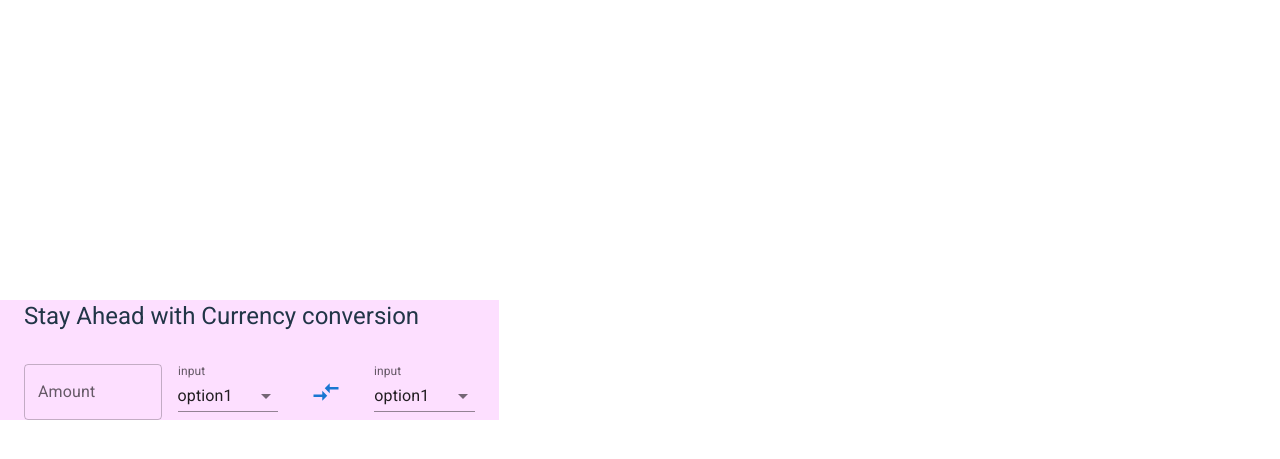
Repository: Asad-devv/CURRENCY
Page: /
An editor plug-in stored every save of this project. The page is shown before and after the next save, followed by the edit.
The browser window is 1280 px wide. The pictures show the whole page.
The project was rebuilt for these pictures with package versions that can differ from the ones it lists, and the page was loaded fresh each time. Also part of the build but not shown: craco.config.js.

Above is the page before, as saved 2023-03-02 15:20:55.

After the next save:
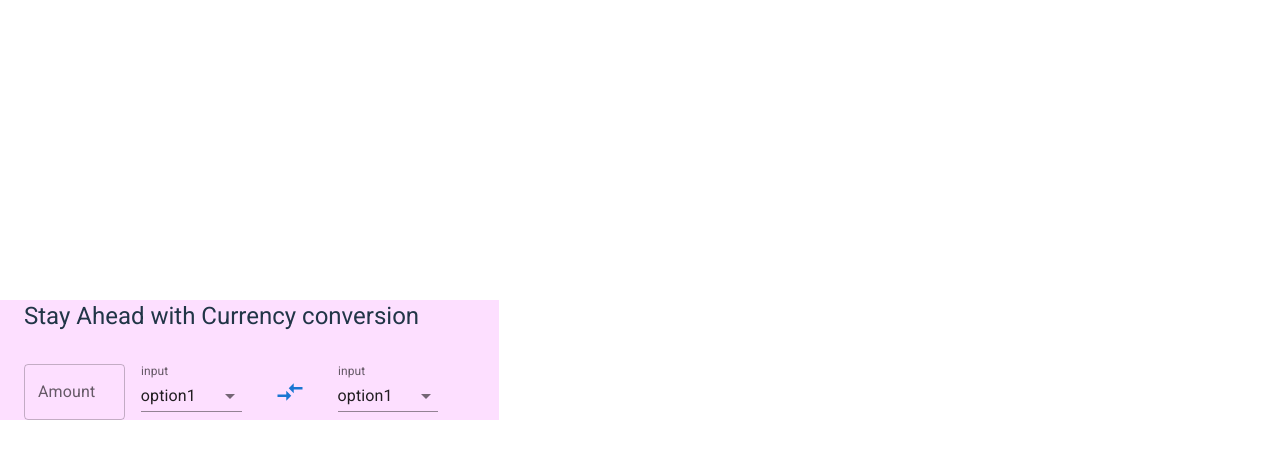
Saved 4 s later.
--- a/src/components/InputAmount.jsx
+++ b/src/components/InputAmount.jsx
@@ -3,7 +3,7 @@ import React from "react";
 import { Grid, TextField ,InputAdornment} from "@mui/material";
 const InputAmount = () => {
   return (
-    <Grid item xs={12} md>
+    <Grid item xs={12} md={3}>
       <TextField
         label="Amount"
         fullWidth
